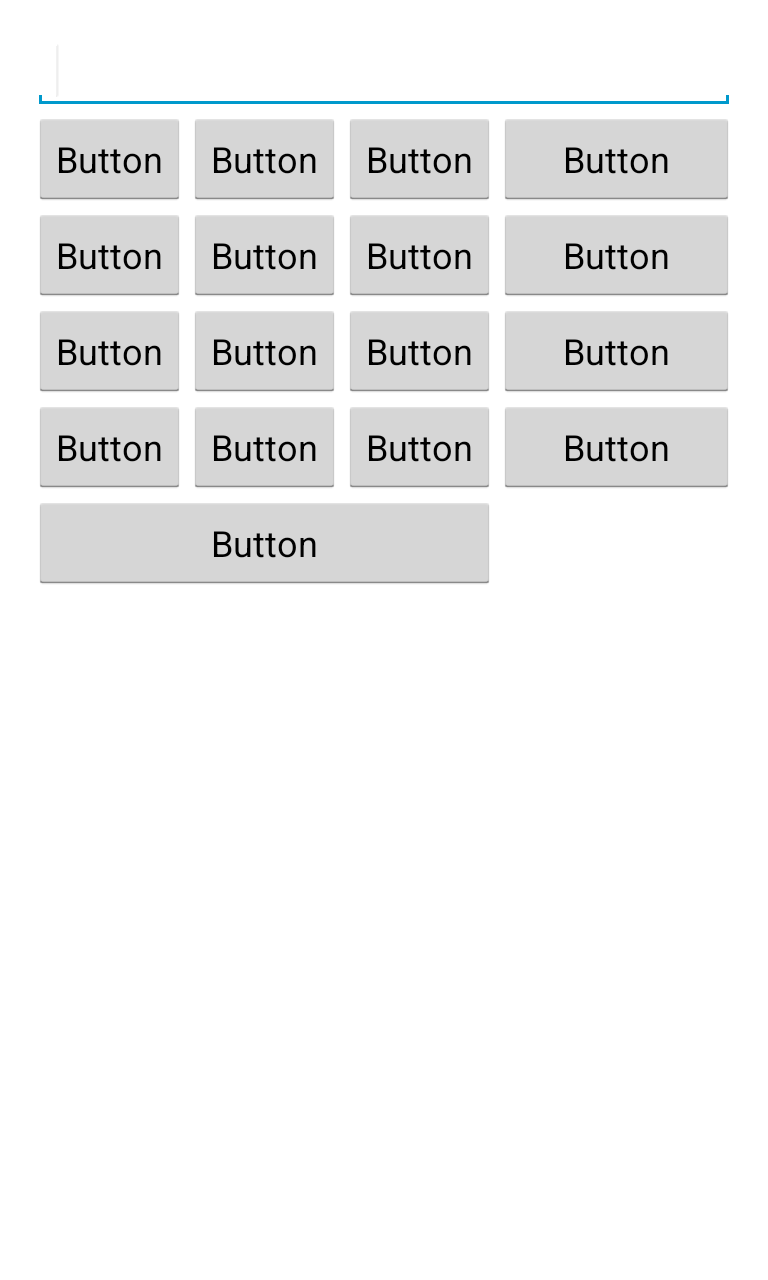
Repository: HGtz2222/LearningAndroid
Layout: test1/Calc/res/layout/activity_main.xml
These files come from the project's save history. The layout is drawn as it stood at one moment and after the next save; the edit follows.
It is drawn on a 768 x 1280 px phone screen (xhdpi) without system bars, with theme AppTheme; the app's code is not run.

Above is the layout before, as saved 2014-09-15 02:41:21.

### test1/Calc/res/layout/activity_main.xml
<LinearLayout xmlns:android="http://schemas.android.com/apk/res/android"
    xmlns:tools="http://schemas.android.com/tools"
    android:id="@+id/LinearLayout1"
    android:layout_width="match_parent"
    android:layout_height="match_parent"
    android:orientation="vertical"
    android:paddingBottom="@dimen/activity_vertical_margin"
    android:paddingLeft="@dimen/activity_horizontal_margin"
    android:paddingRight="@dimen/activity_horizontal_margin"
    android:paddingTop="@dimen/activity_vertical_margin"
    tools:context=".MainActivity" >

    <EditText
        android:id="@+id/screen"
        android:layout_width="match_parent"
        android:layout_height="wrap_content"
        android:ems="10" >

        <requestFocus />
    </EditText>

    <RelativeLayout
        android:layout_width="match_parent"
        android:layout_height="match_parent" >

        <Button
            android:id="@+id/button1"
            android:layout_width="wrap_content"
            android:layout_height="wrap_content"
            android:layout_alignParentLeft="true"
            android:layout_alignParentTop="true"
            android:text="Button" />

        <Button
            android:id="@+id/button2"
            android:layout_width="wrap_content"
            android:layout_height="wrap_content"
            android:layout_alignParentTop="true"
            android:layout_toRightOf="@+id/button1"
            android:text="Button" />

        <Button
            android:id="@+id/button3"
            android:layout_width="wrap_content"
            android:layout_height="wrap_content"
            android:layout_alignParentTop="true"
            android:layout_toRightOf="@+id/button2"
            android:text="Button" />

        <Button
            android:id="@+id/button4"
            android:layout_width="wrap_content"
            android:layout_height="wrap_content"
            android:layout_alignParentLeft="true"
            android:layout_below="@+id/button1"
            android:text="Button" />

        <Button
            android:id="@+id/button5"
            android:layout_width="wrap_content"
            android:layout_height="wrap_content"
            android:layout_alignBaseline="@+id/button4"
            android:layout_alignBottom="@+id/button4"
            android:layout_alignLeft="@+id/button2"
            android:text="Button" />

        <Button
            android:id="@+id/button6"
            android:layout_width="wrap_content"
            android:layout_height="wrap_content"
            android:layout_alignBaseline="@+id/button5"
            android:layout_alignBottom="@+id/button5"
            android:layout_alignLeft="@+id/button3"
            android:text="Button" />

        <Button
            android:id="@+id/button7"
            android:layout_width="wrap_content"
            android:layout_height="wrap_content"
            android:layout_alignParentLeft="true"
            android:layout_below="@+id/button4"
            android:text="Button" />

        <Button
            android:id="@+id/button8"
            android:layout_width="wrap_content"
            android:layout_height="wrap_content"
            android:layout_alignBaseline="@+id/button7"
            android:layout_alignBottom="@+id/button7"
            android:layout_alignLeft="@+id/button5"
            android:text="Button" />

        <Button
            android:id="@+id/button9"
            android:layout_width="wrap_content"
            android:layout_height="wrap_content"
            android:layout_alignBaseline="@+id/button8"
            android:layout_alignBottom="@+id/button8"
            android:layout_alignLeft="@+id/button6"
            android:text="Button" />

        <Button
            android:id="@+id/button10"
            android:layout_width="wrap_content"
            android:layout_height="wrap_content"
            android:layout_alignParentLeft="true"
            android:layout_below="@+id/button7"
            android:text="Button" />

        <Button
            android:id="@+id/button11"
            android:layout_width="wrap_content"
            android:layout_height="wrap_content"
            android:layout_alignBaseline="@+id/button10"
            android:layout_alignBottom="@+id/button10"
            android:layout_toRightOf="@+id/button10"
            android:text="Button" />

        <Button
            android:id="@+id/button12"
            android:layout_width="wrap_content"
            android:layout_height="wrap_content"
            android:layout_alignLeft="@+id/button9"
            android:layout_below="@+id/button9"
            android:text="Button" />

        <Button
            android:id="@+id/button13"
            android:layout_width="wrap_content"
            android:layout_height="wrap_content"
            android:layout_alignParentLeft="true"
            android:layout_alignRight="@+id/button12"
            android:layout_below="@+id/button10"
            android:text="Button" />

        <Button
            android:id="@+id/button14"
            android:layout_width="wrap_content"
            android:layout_height="wrap_content"
            android:layout_alignBottom="@+id/button3"
            android:layout_alignParentRight="true"
            android:layout_alignParentTop="true"
            android:layout_toRightOf="@+id/button3"
            android:text="Button" />

        <Button
            android:id="@+id/Button01"
            android:layout_width="wrap_content"
            android:layout_height="wrap_content"
            android:layout_above="@+id/button9"
            android:layout_alignLeft="@+id/button14"
            android:layout_alignParentRight="true"
            android:layout_alignTop="@+id/button6"
            android:text="Button" />

        <Button
            android:id="@+id/button15"
            android:layout_width="wrap_content"
            android:layout_height="wrap_content"
            android:layout_alignBottom="@+id/button9"
            android:layout_alignLeft="@+id/Button01"
            android:layout_alignParentRight="true"
            android:layout_below="@+id/button6"
            android:text="Button" />

        <Button
            android:id="@+id/button16"
            android:layout_width="wrap_content"
            android:layout_height="wrap_content"
            android:layout_alignBottom="@+id/button12"
            android:layout_alignLeft="@+id/button15"
            android:layout_alignParentRight="true"
            android:layout_below="@+id/button9"
            android:text="Button" />

    </RelativeLayout>

</LinearLayout>

Loaded but not shown: test1/Calc/res/values/styles.xml (common file); test1/Calc/res/values-v11/styles.xml (common file); test1/Calc/res/values-v14/styles.xml (common file); test1/Calc/res/values/dimens.xml (common file)

After the next save:
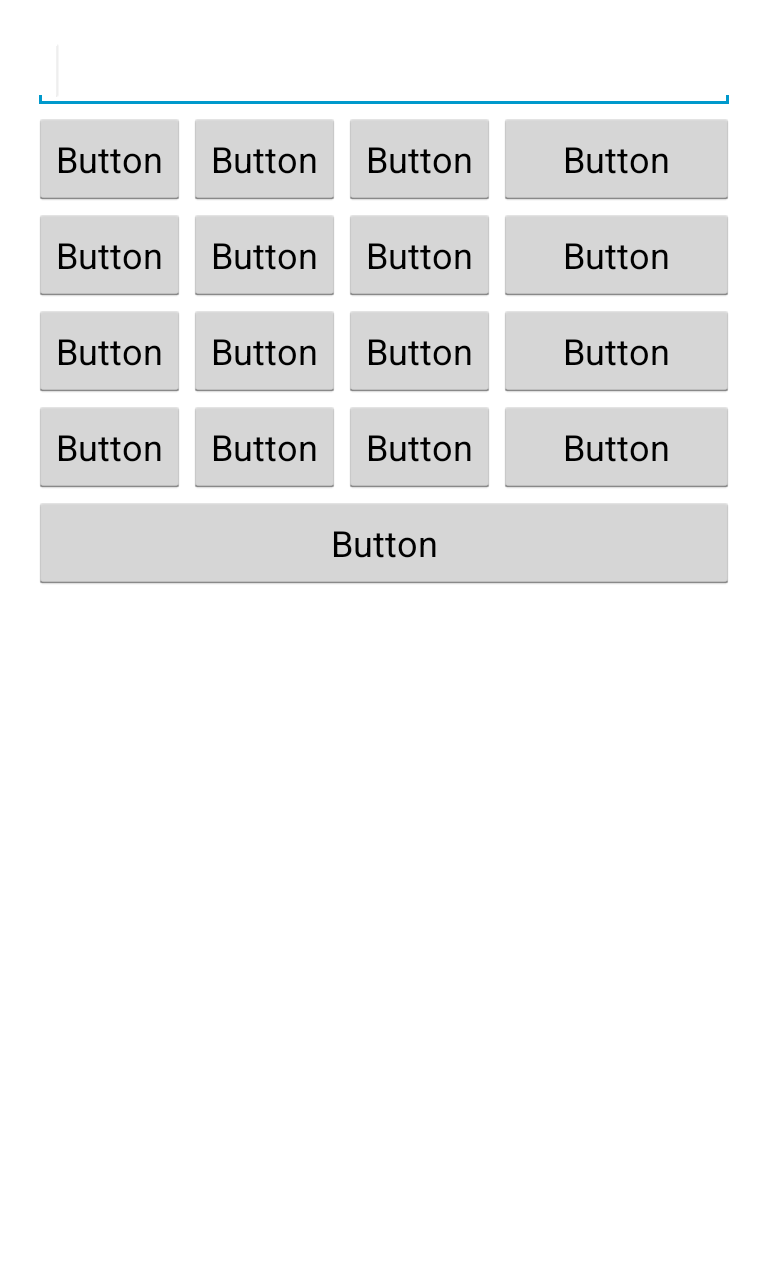
Saved 8 s later.
--- a/test1/Calc/res/layout/activity_main.xml
+++ b/test1/Calc/res/layout/activity_main.xml
@@ -129,7 +129,7 @@
             android:layout_width="wrap_content"
             android:layout_height="wrap_content"
             android:layout_alignParentLeft="true"
-            android:layout_alignRight="@+id/button12"
+            android:layout_alignParentRight="true"
             android:layout_below="@+id/button10"
             android:text="Button" />
 
